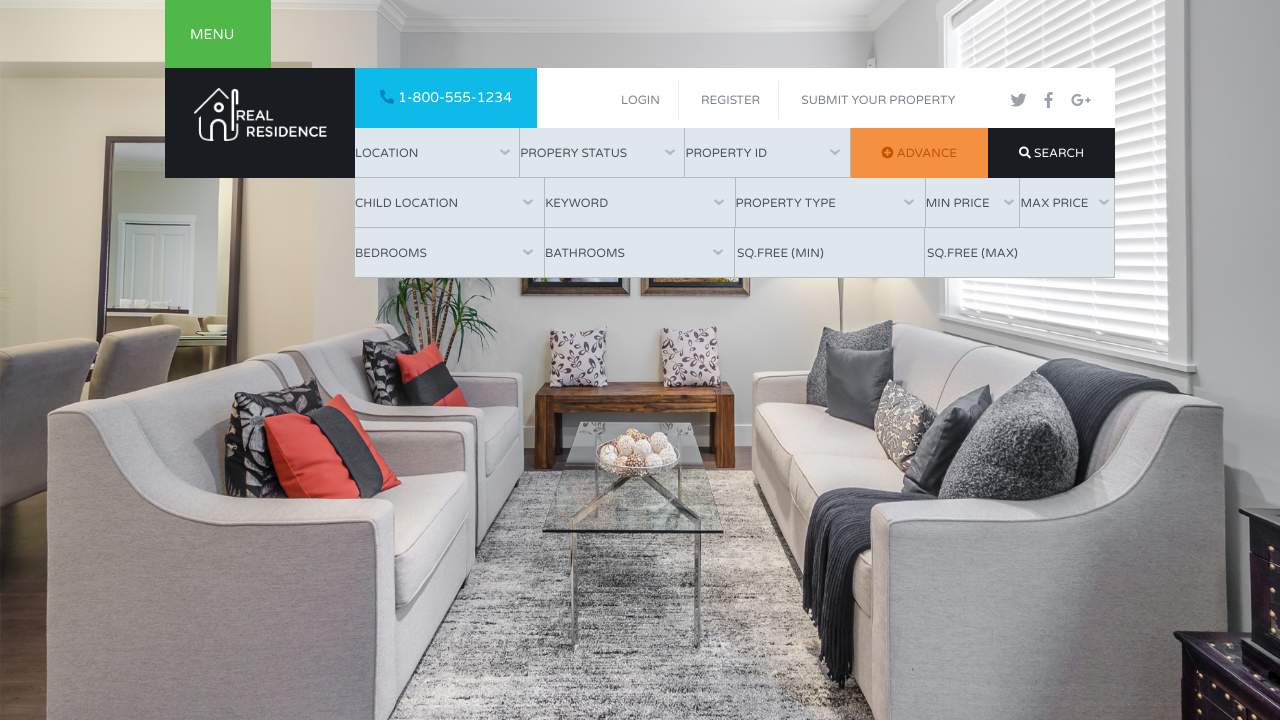
Repository: shuffleaz/psd-htmlcss
Page: index.html
An editor plug-in stored every save of this project. The page is shown before and after the next save, followed by the edit.
The browser window is 1280 px wide. The pictures show the whole page.

Above is the page before, as saved 2019-02-27 11:15:58.

### index.html
<!DOCTYPE html>
<html lang="en">
<head>
    <meta charset="UTF-8">
    <meta name="viewport" content="width=device-width, initial-scale=1.0">
    <meta http-equiv="X-UA-Compatible" content="ie=edge">
    <title>Real Residence</title>
    <link rel="stylesheet" href="assets/css/default.css">
</head>
<body>

<header class="homepage">
    <div class="container">
        <div class="row">
            <div class="homepage-menu">
                <div class="homepage-menu-menubutton">
                    <a href="">MENU</a>
                </div>
                <div class="homepage-menu-hover">
                    <ul class="homepage-menu-hover-list">
                        <li><a href="#">HOME</a></li>
                        <li><a href="#">LISTING</a></li>
                        <li><a href="#">PROPERTY</a></li>
                        <li><a href="#">NEWS</a></li>
                        <li><a href="#">GALLERY</a></li>
                        <li><a href="#">PAGES</a></li>
                        <li><a href="#">TYPES</a></li>
                        <li><a href="#">CONTACT US</a></li>
                        <li class="close-button">
                            <a href="#">
                                <i class="fas fa-times-circle"></i>
                            </a>
                        </li>
                    </ul>
                </div>
            </div>
            <div class="homepage-details">
                <div class="homepage-details-logo">
                    <div class="homepage-details-logo-area">
                        <img src="assets/img/logo.png" alt="Real Residence Logo">
                    </div>
                </div>
                <div class="homepage-details-searchbar">
                    <div class="homepage-details-searchbar-up">
                        <div class="homepage-details-searchbar-up-contact">
                            <div class="contact-area">
                                <i class="fa fa-phone""></i> 1-800-555-1234
                            </div>
                        </div>
                        <div class="homepage-details-searchbar-menu">
                            <ul class="searchbar-list">
                                <li><a href="">LOGIN</a></li>
                                <li><a href="">REGISTER</a></li>
                                <li><a href="">SUBMIT YOUR PROPERTY</a></li>
                            </ul>
                            <ul class="searchbar-social-links">
                                <li><a href=""><i class="fab fa-twitter"></i></a></li>
                                <li><a href=""><i class="fab fa-facebook-f"></i></a></li>
                                <li><a href=""><i class="fab fa-google-plus-g"></i></a></li>
                            </ul>
                        </div>
                    </div>
                    <div class="homepage-details-searchbar-down">
                        <div class="searchbar-down-select-form">
                            <select name="">
                                <option value="">Location</option>
                            </select>
                        </div>
                        <div class="searchbar-down-select-form">
                            <select name="">
                                <option value="">Propery Status</option>
                            </select>
                        </div>
                        <div class="searchbar-down-select-form">
                            <select name="">
                                <option value="">Property Id</option>
                            </select>
                        </div>
                        <div class="searchbar-down-button">
                            <div class="searchbar-down-button-first">
                                <a href="">
                                    <i class="fas fa-plus-circle"></i> ADVANCE
                                </a>
                            </div>
                            <div class="searchbar-down-button-second">
                                <a href="">
                                    <i class="fas fa-search"></i> SEARCH
                                </a>
                            </div>
                        </div>
                    </div>
                </div>
            </div>
            <div class="homepage-details-searchbar-footer">
                <div class="homepage-details-searchbar-flex-first"></div>
                <div class="homepage-details-searchbar-flex-second">
                    <div class="homepage-details-searchbar-footer-up">
                        <div class="searchbar-footer-select-form">
                            <select name="">
                                <option value="">Child Location</option>
                            </select>
                        </div>
                        <div class="searchbar-footer-select-form">
                            <select name="">
                                <option value="">Keyword</option>
                            </select>
                        </div>
                        <div class="searchbar-footer-select-form">
                            <select name="">
                                <option value="">Property Type</option>
                            </select>
                        </div>
                        <div class="searchbar-footer-select-form-divide">
                            <div class="searchbar-footer-select-form-divide-first">
                                <select name="">
                                    <option value="">Min Price</option>
                                </select>
                            </div>
                            <div class="searchbar-footer-select-form-divide-second">
                                <select name="">
                                    <option value="">Max Price</option>
                                </select>
                            </div>
                        </div>
                    </div>
                    <div class="homepage-details-searchbar-footer-down">
                        <div class="searchbar-footer-down-select-form">
                            <select name="">
                                <option value="">Bedrooms</option>
                            </select>
                        </div>
                        <div class="searchbar-footer-down-select-form">
                            <select name="">
                                <option value="">Bathrooms</option>
                            </select>
                        </div>
                        <div class="searchbar-footer-down-select-form no-arrow">
                            <input type="text" name="" placeholder="SQ.FREE (MIN)">
                        </div>
                        <div class="searchbar-footer-down-select-form no-arrow">
                            <input type="text" name="" placeholder="SQ.FREE (MAX)">
                        </div>
                    </div>
                </div>
            </div>
        </div>
    </div>
</header>


<div class="slider-image">
    <ul class="slider-image-items">
        <li>
            <img src="assets/img/slider_image.png" alt="">
        </li>
    </ul>
</div>


</body>
</html>

### assets/css/default.css
@import url('https://fonts.googleapis.com/css?family=Varela+Round');
@import url('https://use.fontawesome.com/releases/v5.7.1/css/all.css');
@import url('variable.css');
@import url('home.css');

### assets/css/variable.css
:root {
    --green:#50b848;
    --dark: #191c20;
    --blue: #0dbae8;
    --gray: #9aa2aa;
    --light: #e9edf1;
    --darkgray: #4a525d;
    --font: 'Varela Round', sans-serif;
}

body,html {
    margin:0;
    padding:0;
    line-height: 120%;
    font-size:16px;
    font-family: var(--font);
}

a {
    text-decoration: none;
}

ul {
    list-style: none;
    margin-top:0;
    margin-left:0;
    padding-top:0;
    padding-left:0;
    padding-bottom:0;
    margin-bottom:0;
}

input,button,textarea {
    outline:none;
}


.container {
    width:980px;
    margin-left:auto;
    margin-right:auto;
}

.row {
    padding-left:15px;
    padding-right:15px;
}

select {
    cursor: pointer;
}

.no-arrow {
    background-image: none !important;
}

### assets/css/home.css
.slider-image {
    width:100vw;
    height:100vh;
}

.slider-image ul li {
    display:inline-block;
}

.slider-image ul li img {
    width:100%;
    height:100vh;
}


/* Header - Saytın Başlığı */
header.homepage {
    position:absolute;
    left:0;
    right:0;
}


/* Header/Menu- Menyu Hissəsi */
.homepage-menu {
    display:flex;
    flex-direction: row;
    height:68px;
}

.homepage-menu .homepage-menu-menubutton {
    background-color:var(--green);
    flex:1;
}

.homepage-menu .homepage-menu-menubutton a{
    color:white;
    padding:25px;
    display: inline-block;
    font-size:14px;
}

.homepage-menu .homepage-menu-hover {
    background-color:var(--green);
    flex:8;
    opacity: 0;
}

.homepage-menu .homepage-menu-hover ul.homepage-menu-hover-list {
    padding:14px;
}

.homepage-menu .homepage-menu-hover ul.homepage-menu-hover-list li {
    display: inline-block;
    padding:11px 14px;
}

.homepage-menu .homepage-menu-hover ul.homepage-menu-hover-list li.close-button {
    float:right;
}

.homepage-menu .homepage-menu-hover ul.homepage-menu-hover-list li.close-button:hover {
    background-color:transparent;
    color:#20671b;
    opacity: 0.9;
}

.homepage-menu .homepage-menu-hover ul.homepage-menu-hover-list li.close-button a {
    font-size:18px;
}

.homepage-menu .homepage-menu-hover ul.homepage-menu-hover-list li:hover {
    background-color:#20671b;
}

.homepage-menu .homepage-menu-hover ul.homepage-menu-hover-list li:hover a {
    color:white;
}

.homepage-menu .homepage-menu-hover ul.homepage-menu-hover-list li:last-child {
    margin-right:0;
}

.homepage-menu .homepage-menu-hover ul.homepage-menu-hover-list li a {
    font-size:14px;
    color:#20671b;
}

/* Header Details - Başlıq Detayları */
.homepage-details {
    display:flex;
    flex-direction: row;
}

.homepage-details .homepage-details-logo {
    flex:2;
    background-color:var(--dark);
    height:110px;
}

.homepage-details .homepage-details-logo .homepage-details-logo-area {
    display: flex;
    justify-content: center;
    padding-top:20px;
}

.homepage-details .homepage-details-logo .homepage-details-logo-area img {
    width:70%;
    object-fit: contain;
}


.homepage-details .homepage-details-searchbar {
    flex:8;
}

.homepage-details .homepage-details-searchbar {
    display: flex;
    flex-direction: column;
}

.homepage-details-searchbar .homepage-details-searchbar-up {
    background:red;
    display: flex;
    flex-direction: row;
    height:60px;
}

.homepage-details-searchbar .homepage-details-searchbar-down {
    background:green;
}

.homepage-details-searchbar .homepage-details-searchbar-up .homepage-details-searchbar-up-contact {
    flex:2.4;
    background-color: var(--blue);
    display: flex;
    justify-content: center;
}

.homepage-details-searchbar-up-contact .contact-area {
    align-self: center;
    color:white;
    font-size:14px;
}

.homepage-details-searchbar-up-contact .contact-area i {
    transform: scaleX(-1);
    color:#0081bd;
}

.homepage-details-searchbar .homepage-details-searchbar-up .homepage-details-searchbar-menu {
    flex:7.6;
    background-color: white;
    display: flex;
    flex-direction: row;
    justify-content: flex-end;
}

.homepage-details-searchbar-menu ul.searchbar-list {
    padding:13px;
}

.homepage-details-searchbar-menu ul.searchbar-list li {
    display: inline-block;
    padding:9px 18px;
    border-right:1px solid var(--light);
}

.homepage-details-searchbar-menu ul.searchbar-list li a {
    font-size:12px;
    color:#7c848b;
    transition: all 0.3s ease-in;
}

.homepage-details-searchbar-menu ul.searchbar-list li:hover a {
    color:black;
}

.homepage-details-searchbar-menu ul.searchbar-list li:last-child {
    border-right:0;
}

.homepage-details-searchbar-menu ul.searchbar-social-links {
    padding:24px;
}

.homepage-details-searchbar-menu ul.searchbar-social-links li {
    display: inline-block;
    margin-right:14px;
}

.homepage-details-searchbar-menu ul.searchbar-social-links li:last-child {
    margin-right:0;
}

.homepage-details-searchbar-menu ul.searchbar-social-links li a {
    color:#9aa2aa;
    transition: all 0.3s ease-in;
}

.homepage-details-searchbar-menu ul.searchbar-social-links li:hover a {
    color:black;
}


.homepage-details-searchbar-down {
    height: 50px;
}

.homepage-details-searchbar-down, .searchbar-down-button {
    display:flex;
    flex-direction: row;
}
.searchbar-down-select-form, .searchbar-footer-select-form {
    background-color:#dfe7ee;
    background-image: url(../img/arrow.png);
    background-repeat: no-repeat;
    background-position-x:94%;
    background-position-y:21px;
    background-size:10px;
    border-bottom:1px solid #b9b9b9;
    border-right:1px solid #b9b9b9;
    padding-top:15px;
    padding-bottom:15px;
    flex:1;
}


.searchbar-down-select-form select, .searchbar-footer-select-form select {
    font-size:12px;
    text-align: left;
    color:#4a525d;
    font-family: var(--font);
    text-transform: uppercase;
    border:none;
    background-color:transparent;
    outline: none;
    -webkit-appearance: none;
    -moz-appearance:none;
}

.searchbar-down-button-first, .searchbar-down-button-second {
    padding:15px 31px;
}

.searchbar-down-button-first {
    background-color:#f4903f;
}

.searchbar-down-button-first:hover {
    opacity: 0.8;
}

.searchbar-down-button-first a {
    color:#c15302;
    font-size:12px;
}
.searchbar-down-button-second {
    background-color: var(--dark);
}
.searchbar-down-button-second:hover {
    opacity: 0.8;
}
.searchbar-down-button-second a{
    color:white;
    font-size:12px;
}

.homepage-details-searchbar-footer {
    display: flex;
    flex-direction: row;
}

.homepage-details-searchbar-flex-first {
    flex:2;
}

.homepage-details-searchbar-flex-second {
    flex:8;
}

.homepage-details-searchbar-footer-up {
    display:flex;
}

.homepage-details-searchbar-footer-down {
    display: flex;
}

.searchbar-footer-select-form-divide {
    display:flex;
    flex:1;
}

.searchbar-footer-select-form-divide-first, .searchbar-footer-select-form-divide-second, .searchbar-footer-down-select-form  {
    background-color:#dfe7ee;
    background-image: url(../img/arrow.png);
    background-repeat: no-repeat;
    background-position-x:94%;
    background-position-y:21px;
    background-size:10px;
    border-bottom:1px solid #b9b9b9;
    border-right:1px solid #b9b9b9;
    padding-top:15px;
    padding-bottom:15px;
    flex:1;
}

.searchbar-footer-select-form-divide-first select, .searchbar-footer-select-form-divide-second select, .searchbar-footer-down-select-form select {
    font-size:12px;
    text-align: left;
    color:#4a525d;
    font-family: var(--font);
    text-transform: uppercase;
    border:none;
    background-color:transparent;
    outline: none;
    -webkit-appearance: none;
    -moz-appearance:none;
}

.searchbar-footer-down-select-form-padding {
    padding-left:20px;
    padding-right:67px;
}

.searchbar-footer-down-select-form input {
    background-color:transparent;
    border:none;
    font-size:12px;
    text-align: left;
    color:#4a525d;
    font-family: var(--font);
    text-transform: uppercase;
}
.searchbar-footer-down-select-form input::-webkit-input-placeholder {
    color:#4a525d;
}

After the next save:
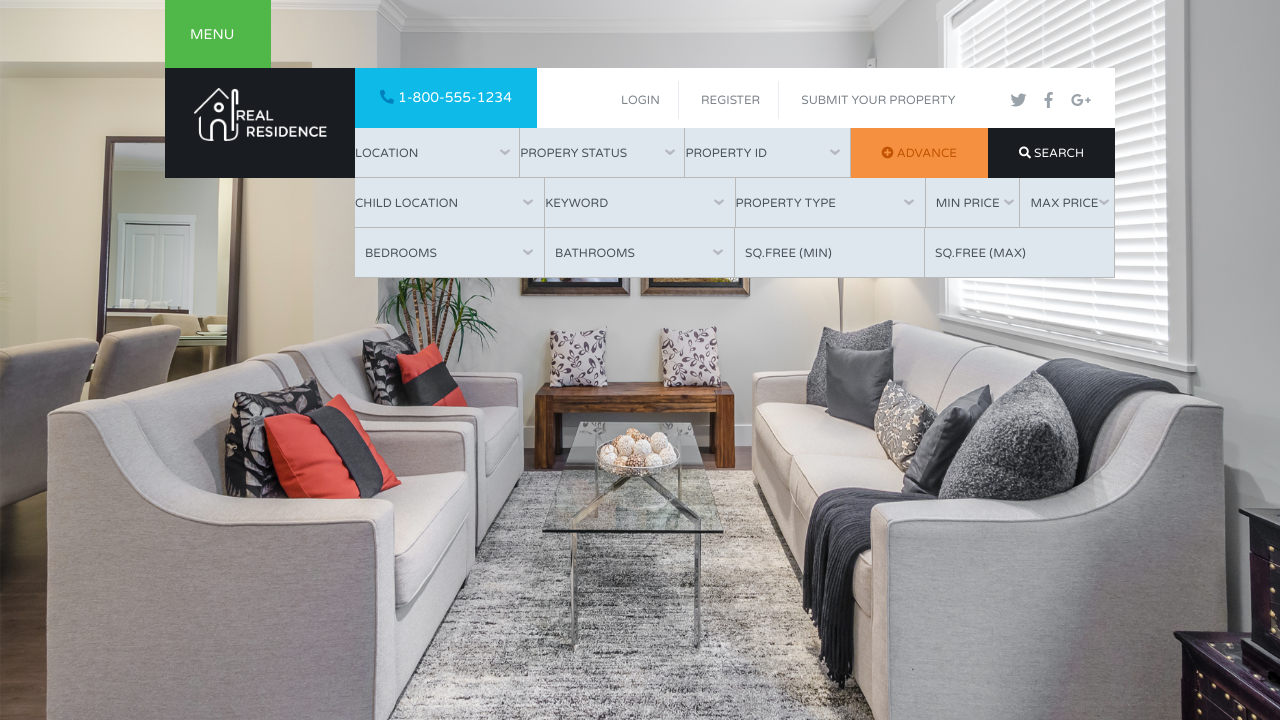
Saved 24 s later.
--- a/assets/css/home.css
+++ b/assets/css/home.css
@@ -313,6 +313,7 @@ header.homepage {
     font-family: var(--font);
     text-transform: uppercase;
     border:none;
+    padding-left:10px;
     background-color:transparent;
     outline: none;
     -webkit-appearance: none;
@@ -330,6 +331,7 @@ header.homepage {
     font-size:12px;
     text-align: left;
     color:#4a525d;
+    padding-left:10px;
     font-family: var(--font);
     text-transform: uppercase;
 }
